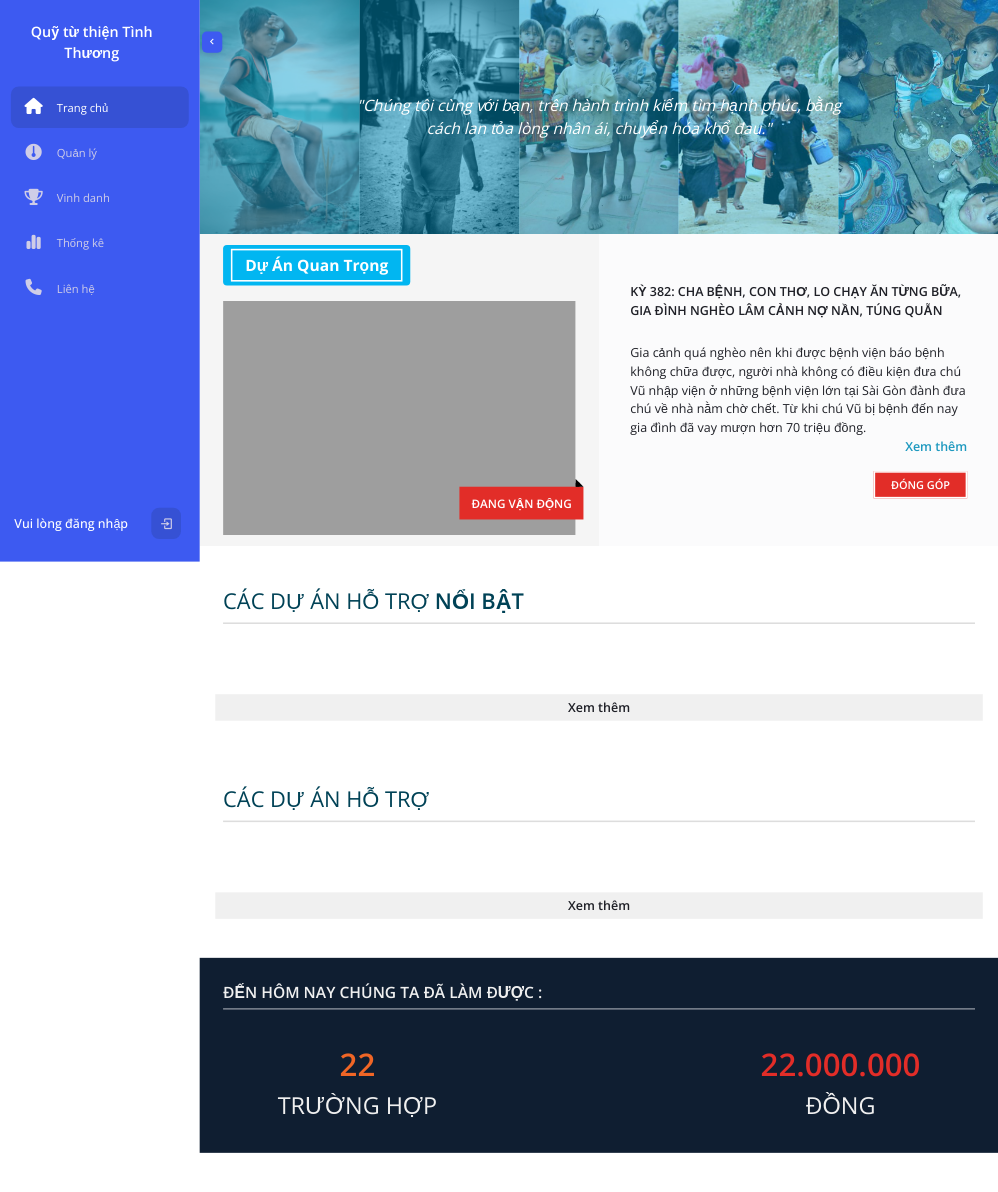
Repository: PhamTrungNguyen/tu-thien
Page: / (app in frontend/my-app/)
An editor plug-in stored every save of this project. The page is shown before and after the next save, followed by the edit.
The browser window is 1280 px wide. The pictures show the whole page, at 78% of full size.
Pictures or frames that could not be fetched are drawn as grey boxes. The page's requests for data from a server got no answer. The project was rebuilt for these pictures with package versions that can differ from the ones it lists, and the page was loaded fresh each time. No one was signed in, and anything a server would have sent is missing. Also part of the build but not shown: frontend/my-app/src/js/SignUpJS.js, frontend/my-app/src/components/input/Input.js, frontend/my-app/src/components/radio/Radio.js, frontend/my-app/src/layout/signPage/FormDialog.js, frontend/my-app/src/components/icon/IconEyeOpen.js, frontend/my-app/src/components/icon/IconEyeClose.js, frontend/my-app/src/layout/signPage/SignUpPage.js, frontend/my-app/src/layout/signPage/SignInPage.js and 19 more.

Above is the page before, as saved 2022-11-13 21:11:11.

After the next save:
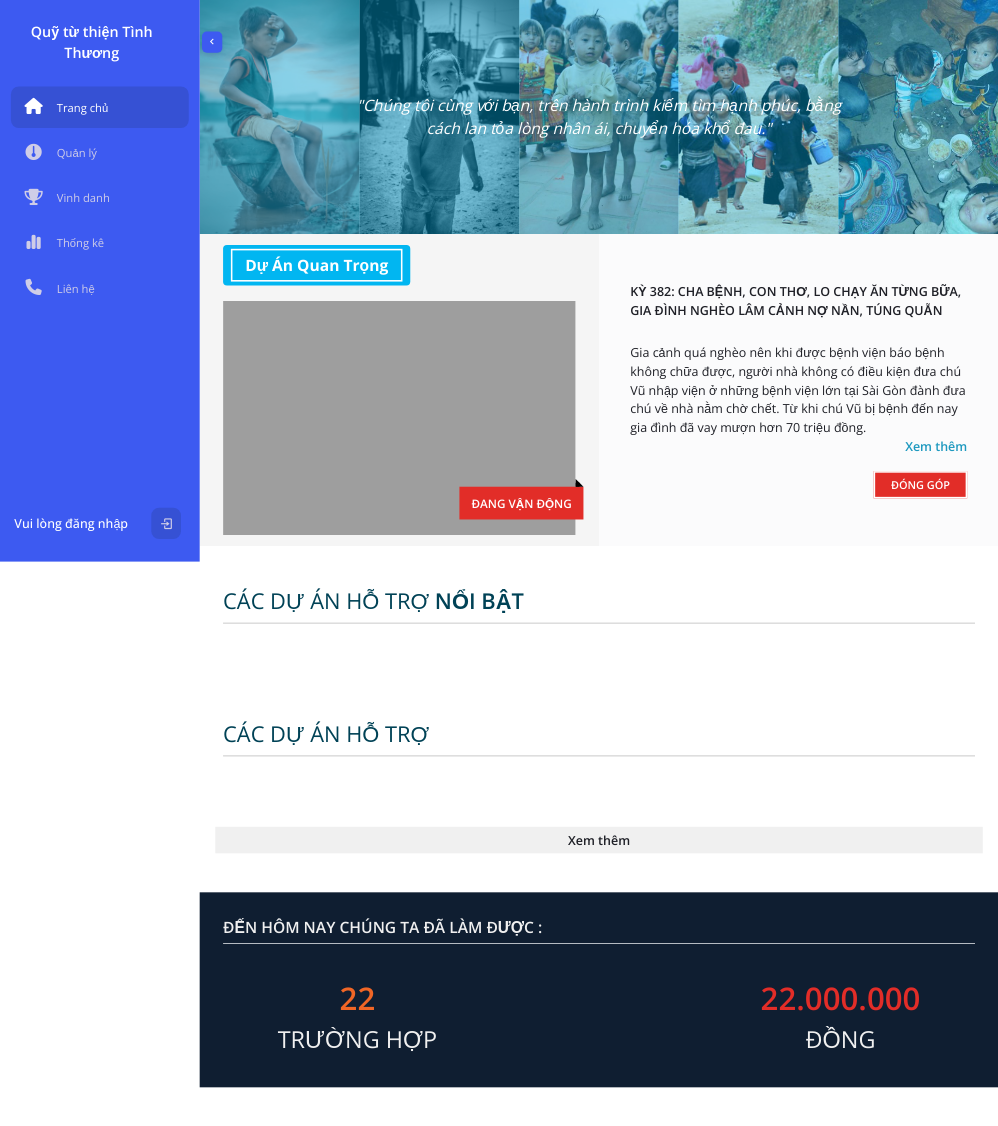
Saved 78 s later.
--- a/frontend/my-app/src/pages/HomePage.js
+++ b/frontend/my-app/src/pages/HomePage.js
@@ -25,9 +25,7 @@ const HomePage = () => {
 				<div className="">
 					<BarItem>Nổi bật</BarItem>
 					<ProjectListHot></ProjectListHot>
-					<LoadMore onClick={() => {
-						console.log("1")
-					}}></LoadMore>
+
 				</div>
 				<div className="">
 					<BarItem></BarItem>
